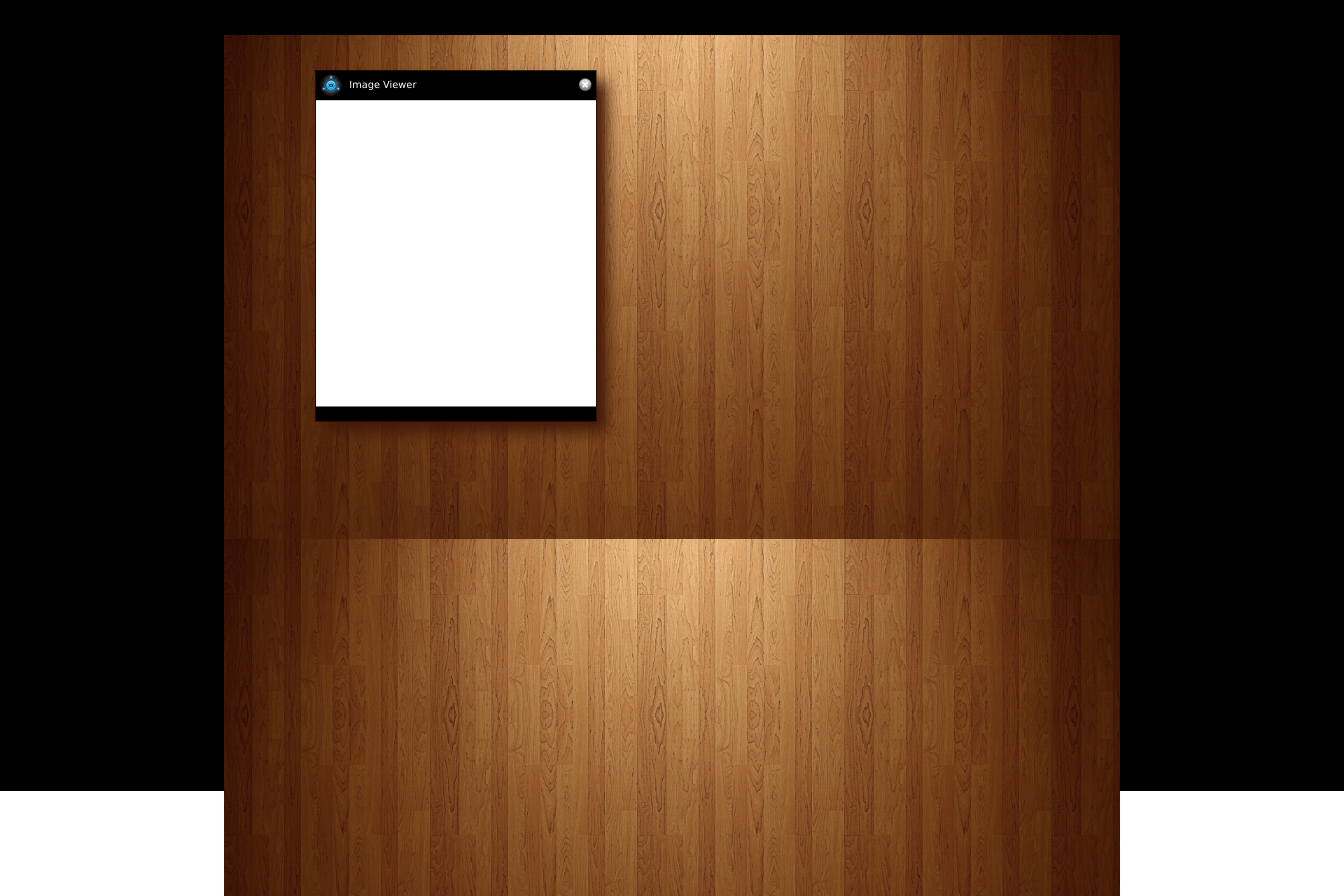
Repository: pe22dw/1dv403-laborationer
Page: 5-pwd/index.html
The author's editor kept a record of every edit. The page is drawn from the files as they stood at one moment, then again after the next edit.
The browser window is 1280 px wide. The page is 1920 px wide, so the pictures cover 1920 px, including what lies to the right of the window. The pictures show the part of the page from y = 0 to 1280 px (the page is 1551 px tall before and 2053 px after), at 70% of full size.
After loading, the first visible `#button` was clicked once.
The page's requests for data from a server got no answer.

Above is the page before.

After the next edit:
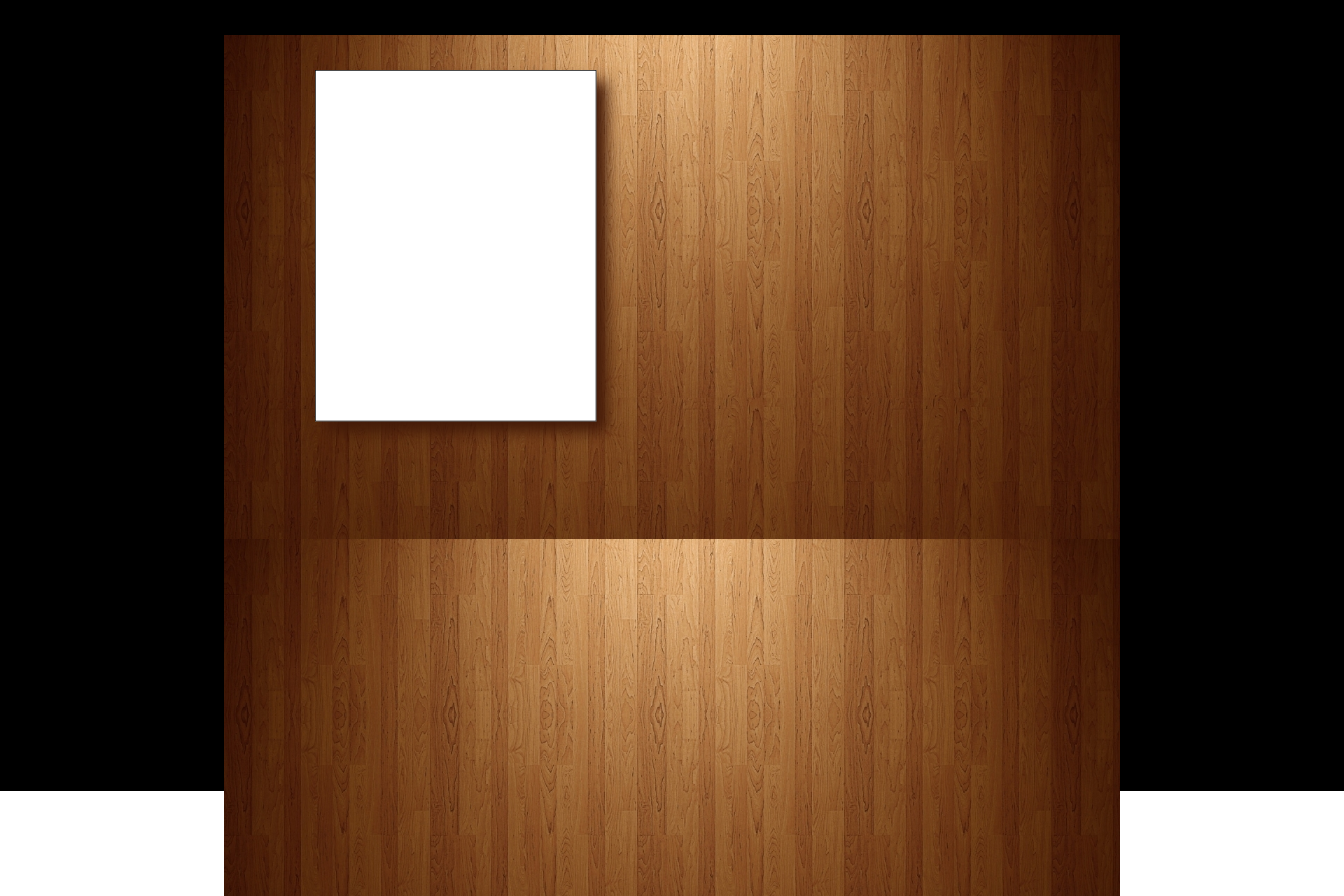
The edit:
--- a/5-pwd/script/desktop.js
+++ b/5-pwd/script/desktop.js
@@ -60,8 +60,8 @@
         myWindowTop.appendChild(headerText);
         myWindowTop.appendChild(exitLogo);
 
-        myWindow.appendChild(myWindowTop);
-        myWindow.appendChild(myWindowBottom);
+        myDesktop.appendChild(myWindowTop);
+        myDesktop.appendChild(myWindowBottom);
 
         myDesktop.appendChild(myWindow);
 
